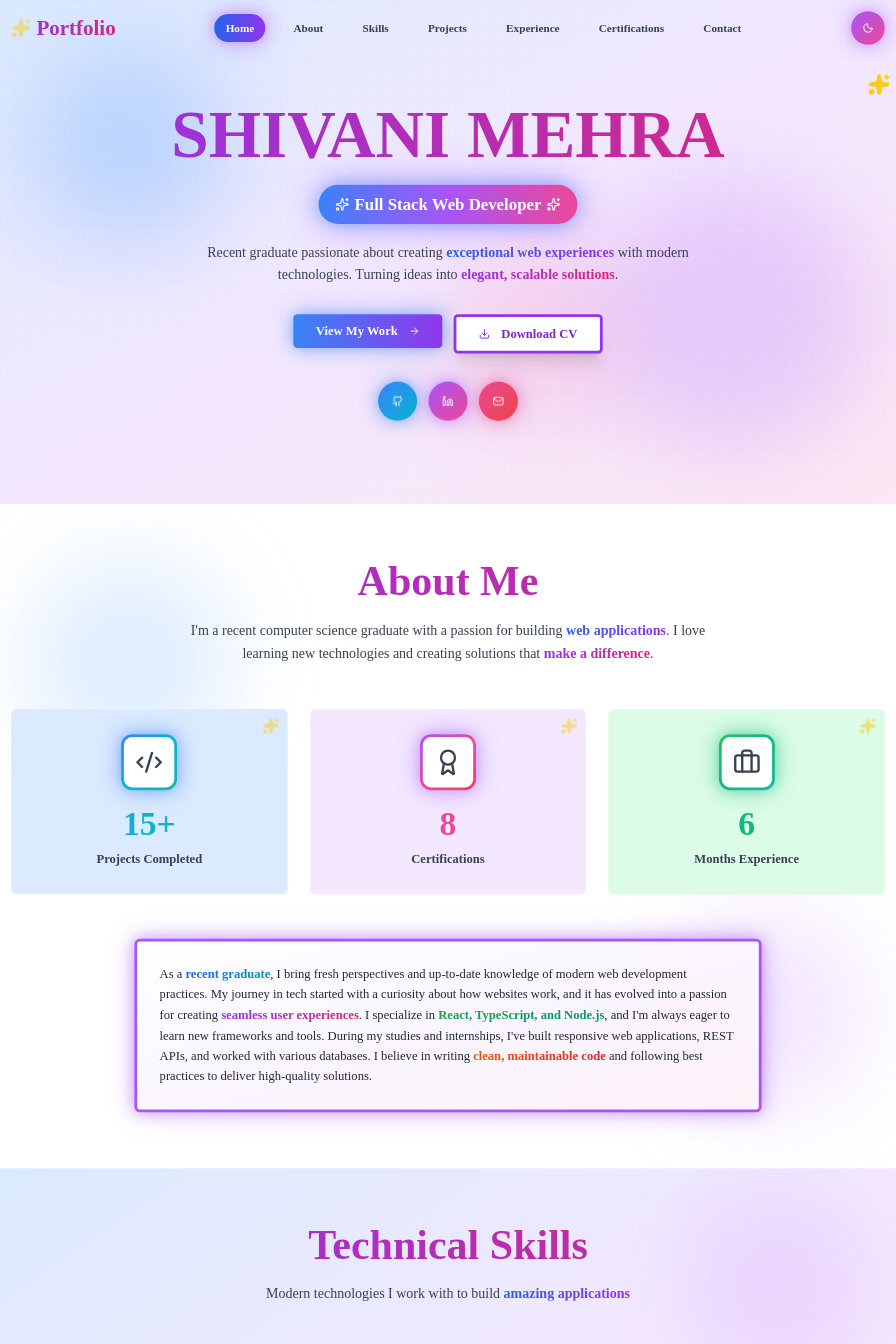
Repository: sm6746/PORTFOLIO
Page: /
The author's editor kept a copy of each file at every save. The page is drawn from the files as they stood at one save, then again after the next save.
The browser window is 1280 px wide. The pictures show the part of the page from y = 0 to 1920 px (the page is 8297 px tall), at 70% of full size.
The project was rebuilt for these pictures with package versions that can differ from the ones it lists, and the page was loaded fresh each time. Also part of the build but not shown: vite.config.ts.

Above is the page before, as saved 2025-11-06 22:50:26.

### index.html
<!DOCTYPE html>
<html lang="en">
  <head>
    <meta charset="UTF-8" />
    <link rel="icon" type="image/svg+xml" href="/favicon.svg" />
    <meta name="viewport" content="width=device-width, initial-scale=1.0" />
    <title>Portfolio</title>
  </head>
  <body>
    <div id="root"></div>
    <script type="module" src="/app/main.tsx"></script>
  </body>
</html>

### app/main.tsx
import React from 'react'
import ReactDOM from 'react-dom/client'
import App from './app'
import './globals.css'

ReactDOM.createRoot(document.getElementById('root')!).render(
  <React.StrictMode>
    <App />
  </React.StrictMode>,
)

### app/app.tsx
import { ThemeProvider } from '@/lib/theme-context';
import { Header } from '@/components/header';
import { HeroSection } from '@/components/hero-section';
import { AboutSection } from '@/components/about-section';
import { SkillsSection } from '@/components/skills-section';
import { ProjectsSection } from '@/components/projects-section';
import { ExperienceSection } from '@/components/experience-section';
import { CertificationsSection } from '@/components/certifications-section';
import { ContactSection } from '@/components/contact-section';
import { Footer } from '@/components/footer';
import { ScrollToTop } from '@/components/scroll-to-top';

function App() {
  return (
    <ThemeProvider>
      <div className="min-h-screen bg-white dark:bg-gray-900 transition-colors duration-300">
        <Header />
        <main>
          <HeroSection />
          <AboutSection />
          <SkillsSection />
          <ProjectsSection />
          <ExperienceSection />
          <CertificationsSection />
          <ContactSection />
        </main>
        <Footer />
        <ScrollToTop />
      </div>
    </ThemeProvider>
  );
}

export default App;

### app/globals.css
@tailwind base;
@tailwind components;
@tailwind utilities;

@layer base {
  :root {
    --background: 0 0% 100%;
    --foreground: 222.2 84% 4.9%;
    --card: 0 0% 100%;
    --card-foreground: 222.2 84% 4.9%;
    --popover: 0 0% 100%;
    --popover-foreground: 222.2 84% 4.9%;
    --primary: 221.2 83.2% 53.3%;
    --primary-foreground: 210 40% 98%;
    --secondary: 210 40% 96.1%;
    --secondary-foreground: 222.2 47.4% 11.2%;
    --muted: 210 40% 96.1%;
    --muted-foreground: 215.4 16.3% 46.9%;
    --accent: 210 40% 96.1%;
    --accent-foreground: 222.2 47.4% 11.2%;
    --destructive: 0 84.2% 60.2%;
    --destructive-foreground: 210 40% 98%;
    --border: 214.3 31.8% 91.4%;
    --input: 214.3 31.8% 91.4%;
    --ring: 221.2 83.2% 53.3%;
    --radius: 0.5rem;
  }

  .dark {
    --background: 222.2 84% 4.9%;
    --foreground: 210 40% 98%;
    --card: 222.2 84% 4.9%;
    --card-foreground: 210 40% 98%;
    --popover: 222.2 84% 4.9%;
    --popover-foreground: 210 40% 98%;
    --primary: 217.2 91.2% 59.8%;
    --primary-foreground: 222.2 47.4% 11.2%;
    --secondary: 217.2 32.6% 17.5%;
    --secondary-foreground: 210 40% 98%;
    --muted: 217.2 32.6% 17.5%;
    --muted-foreground: 215 20.2% 65.1%;
    --accent: 217.2 32.6% 17.5%;
    --accent-foreground: 210 40% 98%;
    --destructive: 0 62.8% 30.6%;
    --destructive-foreground: 210 40% 98%;
    --border: 217.2 32.6% 17.5%;
    --input: 217.2 32.6% 17.5%;
    --ring: 224.3 76.3% 48%;
  }
}

@layer base {
  * {
    @apply border-border;
  }
  body {
    @apply bg-background text-foreground;
  }
}

@layer utilities {
  .bg-grid-pattern {
    background-image: linear-gradient(to right, rgba(0, 0, 0, 0.1) 1px, transparent 1px),
      linear-gradient(to bottom, rgba(0, 0, 0, 0.1) 1px, transparent 1px);
    background-size: 20px 20px;
  }

  .glow-blue {
    box-shadow: 0 0 20px rgba(59, 130, 246, 0.5), 0 0 40px rgba(59, 130, 246, 0.3);
  }

  .glow-purple {
    box-shadow: 0 0 20px rgba(168, 85, 247, 0.5), 0 0 40px rgba(168, 85, 247, 0.3);
  }

  .glow-pink {
    box-shadow: 0 0 20px rgba(236, 72, 153, 0.5), 0 0 40px rgba(236, 72, 153, 0.3);
  }

  .glow-green {
    box-shadow: 0 0 20px rgba(16, 185, 129, 0.5), 0 0 40px rgba(16, 185, 129, 0.3);
  }

  .glow-orange {
    box-shadow: 0 0 20px rgba(249, 115, 22, 0.5), 0 0 40px rgba(249, 115, 22, 0.3);
  }

  @keyframes float {
    0%, 100% { transform: translateY(0px); }
    50% { transform: translateY(-20px); }
  }

  .animate-float {
    animation: float 3s ease-in-out infinite;
  }

  @keyframes gradient-shift {
    0%, 100% { background-position: 0% 50%; }
    50% { background-position: 100% 50%; }
  }

  .animate-gradient {
    background-size: 200% 200%;
    animation: gradient-shift 3s ease infinite;
  }

  @keyframes pulse-glow {
    0%, 100% { box-shadow: 0 0 20px rgba(59, 130, 246, 0.4), 0 0 40px rgba(168, 85, 247, 0.2); }
    50% { box-shadow: 0 0 30px rgba(59, 130, 246, 0.6), 0 0 60px rgba(168, 85, 247, 0.4); }
  }

  .animate-pulse-glow {
    animation: pulse-glow 2s ease-in-out infinite;
  }
}

### lib/theme-context.tsx
import React, { createContext, useContext, useEffect, useState } from 'react';

type Theme = 'light' | 'dark';

type ThemeContextType = {
  theme: Theme;
  toggleTheme: () => void;
};

const ThemeContext = createContext<ThemeContextType | undefined>(undefined);

export function ThemeProvider({ children }: { children: React.ReactNode }) {
  const [theme, setTheme] = useState<Theme>(() => {
    const stored = localStorage.getItem('portfolio-theme');
    return (stored as Theme) || 'light';
  });

  useEffect(() => {
    localStorage.setItem('portfolio-theme', theme);
    document.documentElement.classList.toggle('dark', theme === 'dark');
  }, [theme]);

  const toggleTheme = () => {
    setTheme(prev => (prev === 'light' ? 'dark' : 'light'));
  };

  return (
    <ThemeContext.Provider value={{ theme, toggleTheme }}>
      {children}
    </ThemeContext.Provider>
  );
}

export function useTheme() {
  const context = useContext(ThemeContext);
  if (!context) {
    throw new Error('useTheme must be used within ThemeProvider');
  }
  return context;
}

### components/hero-section.tsx
import { ArrowRight, Download, Github, Linkedin, Mail, Sparkles } from 'lucide-react';
import { Button } from '@/components/ui/button';
import { useScrollAnimation } from '@/hooks/use-scroll-animation';

export function HeroSection() {
  const { ref, isVisible } = useScrollAnimation();

  const scrollToSection = (id: string) => {
    document.getElementById(id)?.scrollIntoView({ behavior: 'smooth' });
  };

  return (
    <section
      id="hero"
      ref={ref as React.RefObject<HTMLElement>}
      className="min-h-screen flex items-center justify-center relative overflow-hidden bg-gradient-to-br from-blue-100 via-purple-100 to-pink-100 dark:from-gray-900 dark:via-purple-900/20 dark:to-blue-900/20"
    >
      <div className="absolute inset-0 bg-grid-pattern opacity-10"></div>

      <div className="absolute top-20 left-10 w-72 h-72 bg-blue-400/30 rounded-full blur-3xl animate-float"></div>
      <div className="absolute bottom-20 right-10 w-96 h-96 bg-purple-400/30 rounded-full blur-3xl animate-float" style={{ animationDelay: '1s' }}></div>
      <div className="absolute top-1/2 left-1/2 w-64 h-64 bg-pink-400/20 rounded-full blur-3xl animate-float" style={{ animationDelay: '2s' }}></div>

      <div
        className={`container mx-auto px-4 text-center z-10 transition-all duration-1000 ${
          isVisible ? 'opacity-100 translate-y-0' : 'opacity-0 translate-y-10'
        }`}
      >
        <div className="mb-6 relative">

          <div className="absolute -top-2 -right-2 animate-bounce">
            <Sparkles className="h-8 w-8 text-yellow-400 fill-yellow-400" />
          </div>
        </div>

        <h1 className="text-6xl md:text-8xl font-extrabold mb-6 bg-gradient-to-r from-blue-600 via-purple-600 to-pink-600 dark:from-blue-400 dark:via-purple-400 dark:to-pink-400 bg-clip-text text-transparent animate-gradient">
          SHIVANI MEHRA
        </h1>

        <div className="inline-flex items-center gap-2 px-6 py-3 mb-6 rounded-full bg-gradient-to-r from-blue-500 via-purple-500 to-pink-500 text-white font-semibold shadow-lg animate-pulse-glow">
          <Sparkles className="h-5 w-5" />
          <span className="text-xl md:text-2xl">Full Stack Web Developer</span>
          <Sparkles className="h-5 w-5" />
        </div>

        <p className="text-xl text-gray-700 dark:text-gray-300 max-w-3xl mx-auto mb-10 leading-relaxed">
          Recent graduate passionate about creating <span className="font-bold text-transparent bg-clip-text bg-gradient-to-r from-blue-600 to-purple-600">exceptional web experiences</span> with modern technologies.
          Turning ideas into <span className="font-bold text-transparent bg-clip-text bg-gradient-to-r from-purple-600 to-pink-600">elegant, scalable solutions</span>.
        </p>

        <div className="flex flex-wrap gap-4 justify-center mb-10">
          <Button
            size="lg"
            onClick={() => scrollToSection('projects')}
            className="bg-gradient-to-r from-blue-600 via-blue-500 to-purple-600 hover:from-blue-700 hover:via-purple-600 hover:to-purple-700 text-white shadow-xl hover:shadow-2xl transform hover:scale-110 transition-all duration-300 px-8 py-6 text-lg font-bold animate-gradient glow-blue"
          >
            View My Work <ArrowRight className="ml-2 h-6 w-6" />
          </Button>
          <Button
            size="lg"
            variant="outline"
            onClick={() => scrollToSection('contact')}
            className="border-4 border-purple-600 text-purple-700 dark:text-purple-300 hover:bg-purple-100 dark:hover:bg-purple-900/30 shadow-xl hover:shadow-2xl transform hover:scale-110 transition-all duration-300 px-8 py-6 text-lg font-bold hover:border-pink-600"
          >
            <Download className="mr-2 h-6 w-6" />
            Download CV
          </Button>
        </div>


        {/* Social Buttons */}
        <div className="flex gap-4 justify-center mt-10">
          {/* GitHub */}
          <Button
            asChild
            variant="ghost"
            size="icon"
            className="w-14 h-14 rounded-full bg-gradient-to-br from-blue-500 to-cyan-500 hover:from-blue-600 hover:to-cyan-600 text-white transform hover:scale-125 hover:rotate-12 transition-all duration-300 shadow-lg hover:shadow-xl glow-blue"
          >
            <a
              href="https://github.com/sm6746"
              target="_blank"
              rel="noopener noreferrer"
            >
              <Github className="h-7 w-7" />
            </a>
          </Button>

          {/* LinkedIn */}
          <Button
            asChild
            variant="ghost"
            size="icon"
            className="w-14 h-14 rounded-full bg-gradient-to-br from-purple-500 to-pink-500 hover:from-purple-600 hover:to-pink-600 text-white transform hover:scale-125 hover:rotate-12 transition-all duration-300 shadow-lg hover:shadow-xl glow-purple"
          >
            <a
              href="https://www.linkedin.com/in/shivani-mehra-/"
              target="_blank"
              rel="noopener noreferrer"
            >
              <Linkedin className="h-7 w-7" />
            </a>
          </Button>

          {/* Email */}
          <Button
            asChild
            variant="ghost"
            size="icon"
            className="w-14 h-14 rounded-full bg-gradient-to-br from-pink-500 to-red-500 hover:from-pink-600 hover:to-red-600 text-white transform hover:scale-125 hover:rotate-12 transition-all duration-300 shadow-lg hover:shadow-xl glow-pink"
          >
            <a
              href="https://mail.google.com/mail/?view=cm&fs=1&to=shivanimehra22may@gmail.com"
              target="_blank"
              rel="noopener noreferrer"
            >
              <Mail className="h-7 w-7" />
            </a>
          </Button>
        </div>
      </div>
    </section>
  );
}

### components/footer.tsx
import { Github, Linkedin, Mail, Twitter } from 'lucide-react';
import { Button } from '@/components/ui/button';

export function Footer() {
  return (
    <footer className="py-12 bg-gray-900 text-white">
      <div className="container mx-auto px-4">
        <div className="flex flex-col items-center gap-6">
          <div className="text-3xl font-bold bg-gradient-to-r from-blue-400 to-purple-400 bg-clip-text text-transparent">
            SHIVANI MEHRA
          </div>
          <p className="text-gray-400 text-center max-w-md">
            Building the future, one line of code at a time. Let's create something amazing together.
          </p>
          <div className="flex gap-4">
            <Button
              variant="ghost"
              size="icon"
              className="rounded-full hover:bg-blue-600/20 text-gray-300 hover:text-white transition-all"
            >
              <Github className="h-5 w-5" />
            </Button>
            <Button
              variant="ghost"
              size="icon"
              className="rounded-full hover:bg-blue-600/20 text-gray-300 hover:text-white transition-all"
            >
              <Linkedin className="h-5 w-5" />
            </Button>
            <Button
              variant="ghost"
              size="icon"
              className="rounded-full hover:bg-blue-600/20 text-gray-300 hover:text-white transition-all"
            >
              <Twitter className="h-5 w-5" />
            </Button>
            <Button
              variant="ghost"
              size="icon"
              className="rounded-full hover:bg-blue-600/20 text-gray-300 hover:text-white transition-all"
            >
              <Mail className="h-5 w-5" />
            </Button>
          </div>
          <div className="border-t border-gray-800 pt-6 w-full text-center">
            <p className="text-gray-500 text-sm">

            </p>
          </div>
        </div>
      </div>
    </footer>
  );
}

### components/scroll-to-top.tsx
import { Button } from '@/components/ui/button';
import { ArrowUp } from 'lucide-react';
import { useEffect, useState } from 'react';

export function ScrollToTop() {
  const [isVisible, setIsVisible] = useState(false);

  useEffect(() => {
    const toggleVisibility = () => {
      setIsVisible(window.scrollY > 500);
    };

    window.addEventListener('scroll', toggleVisibility);
    return () => window.removeEventListener('scroll', toggleVisibility);
  }, []);

  const scrollToTop = () => {
    window.scrollTo({ top: 0, behavior: 'smooth' });
  };

  if (!isVisible) return null;

  return (
    <Button
      onClick={scrollToTop}
      size="icon"
      className="fixed bottom-8 right-8 z-50 rounded-full shadow-lg bg-gradient-to-r from-blue-600 to-purple-600 hover:from-blue-700 hover:to-purple-700 animate-bounce"
    >
      <ArrowUp className="h-5 w-5" />
    </Button>
  );
}

### components/ui/button.tsx
import * as React from "react"
import { Slot } from "@radix-ui/react-slot"
import { cva, type VariantProps } from "class-variance-authority"

import { cn } from "@/lib/utlis"

const buttonVariants = cva(
  "inline-flex items-center justify-center gap-2 whitespace-nowrap rounded-md text-sm font-medium transition-colors focus-visible:outline-none focus-visible:ring-1 focus-visible:ring-ring disabled:pointer-events-none disabled:opacity-50 [&_svg]:pointer-events-none [&_svg]:size-4 [&_svg]:shrink-0",
  {
    variants: {
      variant: {
        default:
          "bg-primary text-primary-foreground shadow hover:bg-primary/90",
        destructive:
          "bg-destructive text-destructive-foreground shadow-sm hover:bg-destructive/90",
        outline:
          "border border-input bg-background shadow-sm hover:bg-accent hover:text-accent-foreground",
        secondary:
          "bg-secondary text-secondary-foreground shadow-sm hover:bg-secondary/80",
        ghost: "hover:bg-accent hover:text-accent-foreground",
        link: "text-primary underline-offset-4 hover:underline",
      },
      size: {
        default: "h-9 px-4 py-2",
        sm: "h-8 rounded-md px-3 text-xs",
        lg: "h-10 rounded-md px-8",
        icon: "h-9 w-9",
      },
    },
    defaultVariants: {
      variant: "default",
      size: "default",
    },
  }
)

export interface ButtonProps
  extends React.ButtonHTMLAttributes<HTMLButtonElement>,
    VariantProps<typeof buttonVariants> {
  asChild?: boolean
}

const Button = React.forwardRef<HTMLButtonElement, ButtonProps>(
  ({ className, variant, size, asChild = false, ...props }, ref) => {
    const Comp = asChild ? Slot : "button"
    return (
      <Comp
        className={cn(buttonVariants({ variant, size, className }))}
        ref={ref}
        {...props}
      />
    )
  }
)
Button.displayName = "Button"

export { Button, buttonVariants }

### hooks/use-scroll-animation.ts
import { useEffect, useRef, useState } from 'react';

export function useScrollAnimation() {
  const ref = useRef<HTMLElement>(null);
  const [isVisible, setIsVisible] = useState(false);

  useEffect(() => {
    const observer = new IntersectionObserver(
      ([entry]) => {
        if (entry.isIntersecting) {
          setIsVisible(true);
        }
      },
      { threshold: 0.1 }
    );

    if (ref.current) {
      observer.observe(ref.current);
    }

    return () => {
      if (ref.current) {
        observer.unobserve(ref.current);
      }
    };
  }, []);

  return { ref, isVisible };
}

### components/ui/card.tsx
import * as React from "react"

import { cn } from "@/lib/utlis"

const Card = React.forwardRef<
  HTMLDivElement,
  React.HTMLAttributes<HTMLDivElement>
>(({ className, ...props }, ref) => (
  <div
    ref={ref}
    className={cn(
      "rounded-lg border bg-card text-card-foreground shadow-sm",
      className,
    )}
    {...props}
  />
))
Card.displayName = "Card"

const CardHeader = React.forwardRef<
  HTMLDivElement,
  React.HTMLAttributes<HTMLDivElement>
>(({ className, ...props }, ref) => (
  <div
    ref={ref}
    className={cn("flex flex-col space-y-1.5 p-6", className)}
    {...props}
  />
))
CardHeader.displayName = "CardHeader"

const CardTitle = React.forwardRef<
  HTMLParagraphElement,
  React.HTMLAttributes<HTMLHeadingElement>
>(({ className, ...props }, ref) => (
  <h3
    ref={ref}
    className={cn(
      "text-2xl font-semibold leading-none tracking-tight",
      className,
    )}
    {...props}
  />
))
CardTitle.displayName = "CardTitle"

const CardDescription = React.forwardRef<
  HTMLParagraphElement,
  React.HTMLAttributes<HTMLParagraphElement>
>(({ className, ...props }, ref) => (
  <p
    ref={ref}
    className={cn("text-sm text-muted-foreground", className)}
    {...props}
  />
))
CardDescription.displayName = "CardDescription"

const CardContent = React.forwardRef<
  HTMLDivElement,
  React.HTMLAttributes<HTMLDivElement>
>(({ className, ...props }, ref) => (
  <div ref={ref} className={cn("p-6 pt-0", className)} {...props} />
))
CardContent.displayName = "CardContent"

const CardFooter = React.forwardRef<
  HTMLDivElement,
  React.HTMLAttributes<HTMLDivElement>
>(({ className, ...props }, ref) => (
  <div
    ref={ref}
    className={cn("flex items-center p-6 pt-0", className)}
    {...props}
  />
))
CardFooter.displayName = "CardFooter"

export { Card, CardHeader, CardFooter, CardTitle, CardDescription, CardContent }

### components/ui/badge.tsx
import * as React from "react"
import { cva, type VariantProps } from "class-variance-authority"

import { cn } from "@/lib/utlis"

const badgeVariants = cva(
  "inline-flex items-center rounded-md border px-2.5 py-0.5 text-xs font-semibold transition-colors focus:outline-none focus:ring-2 focus:ring-ring focus:ring-offset-2",
  {
    variants: {
      variant: {
        default:
          "border-transparent bg-primary text-primary-foreground shadow hover:bg-primary/80",
        secondary:
          "border-transparent bg-secondary text-secondary-foreground hover:bg-secondary/80",
        destructive:
          "border-transparent bg-destructive text-destructive-foreground shadow hover:bg-destructive/80",
        outline: "text-foreground",
      },
    },
    defaultVariants: {
      variant: "default",
    },
  }
)

export interface BadgeProps
  extends React.HTMLAttributes<HTMLDivElement>,
    VariantProps<typeof badgeVariants> {}

function Badge({ className, variant, ...props }: BadgeProps) {
  return (
    <div className={cn(badgeVariants({ variant }), className)} {...props} />
  )
}

export { Badge, badgeVariants }

### components/ui/input.tsx
import * as React from "react"

import { cn } from "@/lib/utlis"

const Input = React.forwardRef<HTMLInputElement, React.ComponentProps<"input">>(
  ({ className, type, ...props }, ref) => {
    return (
      <input
        type={type}
        className={cn(
          "flex h-9 w-full rounded-md border border-input bg-transparent px-3 py-1 text-base shadow-sm transition-colors file:border-0 file:bg-transparent file:text-sm file:font-medium file:text-foreground placeholder:text-muted-foreground focus-visible:outline-none focus-visible:ring-1 focus-visible:ring-ring disabled:cursor-not-allowed disabled:opacity-50 md:text-sm",
          className
        )}
        ref={ref}
        {...props}
      />
    )
  }
)
Input.displayName = "Input"

export { Input }

### components/ui/textarea.tsx
import * as React from "react"

import { cn } from "@/lib/utlis"

const Textarea = React.forwardRef<
  HTMLTextAreaElement,
  React.ComponentProps<"textarea">
>(({ className, ...props }, ref) => {
  return (
    <textarea
      className={cn(
        "flex min-h-[60px] w-full rounded-md border border-input bg-transparent px-3 py-2 text-base shadow-sm placeholder:text-muted-foreground focus-visible:outline-none focus-visible:ring-1 focus-visible:ring-ring disabled:cursor-not-allowed disabled:opacity-50 md:text-sm",
        className
      )}
      ref={ref}
      {...props}
    />
  )
})
Textarea.displayName = "Textarea"

export { Textarea }

Loaded but not shown: lib/utlis.tsx (common file); tailwind.config.js (62 lines, source omitted); components/projects-section.tsx (180 lines, source omitted); components/contact-section.tsx (144 lines, source omitted); components/experience-section.tsx (143 lines, source omitted); components/certifications-section.tsx (150 lines, source omitted); components/about-section.tsx (79 lines, source omitted); components/skills-section.tsx (112 lines, source omitted); components/header.tsx (82 lines, source omitted)

After the next save:
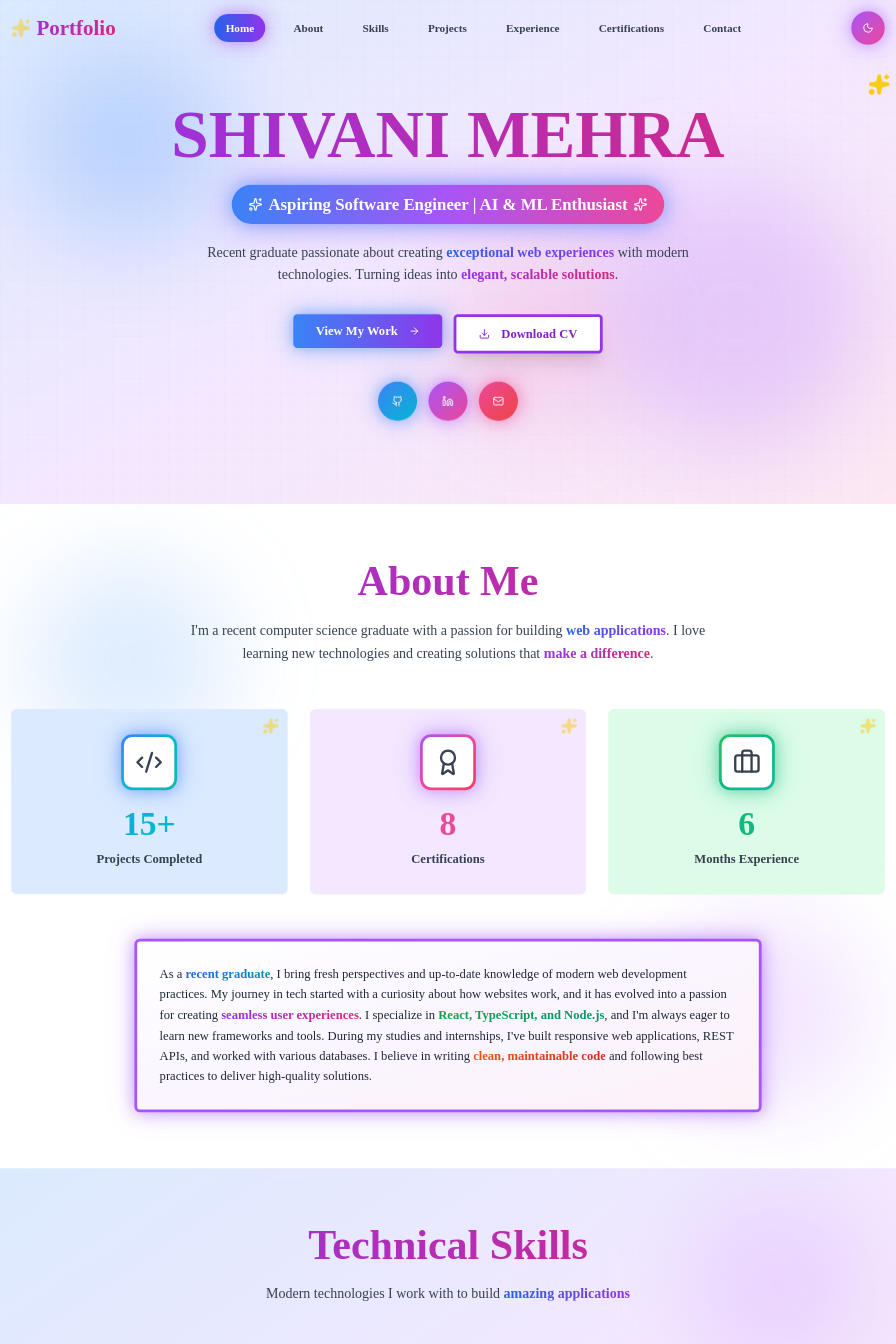
Saved 92 s later.
--- a/components/hero-section.tsx
+++ b/components/hero-section.tsx
@@ -39,7 +39,7 @@ export function HeroSection() {
 
         <div className="inline-flex items-center gap-2 px-6 py-3 mb-6 rounded-full bg-gradient-to-r from-blue-500 via-purple-500 to-pink-500 text-white font-semibold shadow-lg animate-pulse-glow">
           <Sparkles className="h-5 w-5" />
-          <span className="text-xl md:text-2xl">Full Stack Web Developer</span>
+          <span className="text-xl md:text-2xl">Aspiring Software Engineer | AI & ML Enthusiast</span>
           <Sparkles className="h-5 w-5" />
         </div>
 
